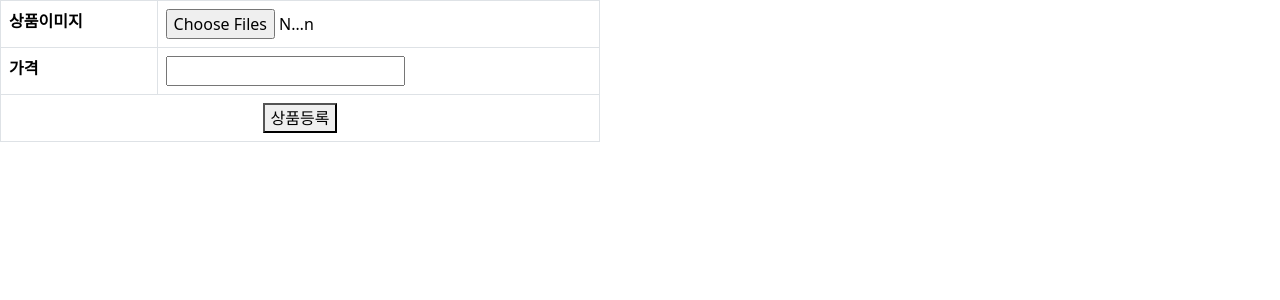
Repository: UZCHA/Sist0103Project
Page: http://localhost/SpringMvcUploadQuiz/quiz/myshop
These files come from the project's save history. The page is drawn as it stood at one moment and after the next save; the edit follows.
The browser window is 1280 px wide. The pictures show the whole page.
Some web fonts or font styles are not loaded; a fallback is used. The page is served by Tomcat 9.

Above is the page before, as saved 2024-05-07 07:48:58.

After the next save:
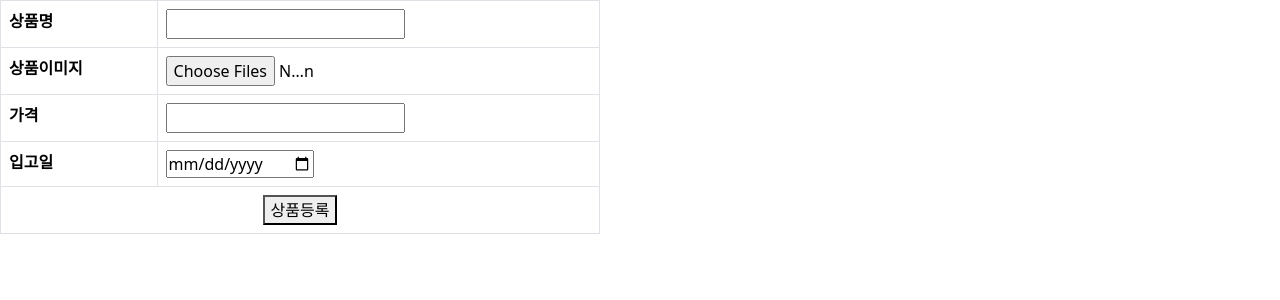
Saved 3 min 7 s later.
--- a/sts3work/SpringMvcUploadQuiz/src/main/webapp/WEB-INF/day0507Quiz/quizUploadForm.jsp
+++ b/sts3work/SpringMvcUploadQuiz/src/main/webapp/WEB-INF/day0507Quiz/quizUploadForm.jsp
@@ -14,7 +14,12 @@
 <body>
 	<form action="shopwrite" method="post" enctype="multipart/form-data">
 		<table class="table table-bordered" style="width: 600px;">
-
+			<tr>
+				<th>상품명</th>
+				<td>
+					<input type="text" name="sangpum">
+				</td>
+			</tr>
 			<tr>
 				<th>상품이미지</th>
 				<td>
@@ -27,7 +32,12 @@
 					<input type="text" name="price">
 				</td>
 			</tr>
-
+			<tr>
+				<th>입고일</th>
+				<td>
+					<input type="date" name="ipgoday">
+				</td>
+			</tr>
 			<tr>
 				<td colspan="2" align="center">
 					<button type="submit">상품등록</button>
